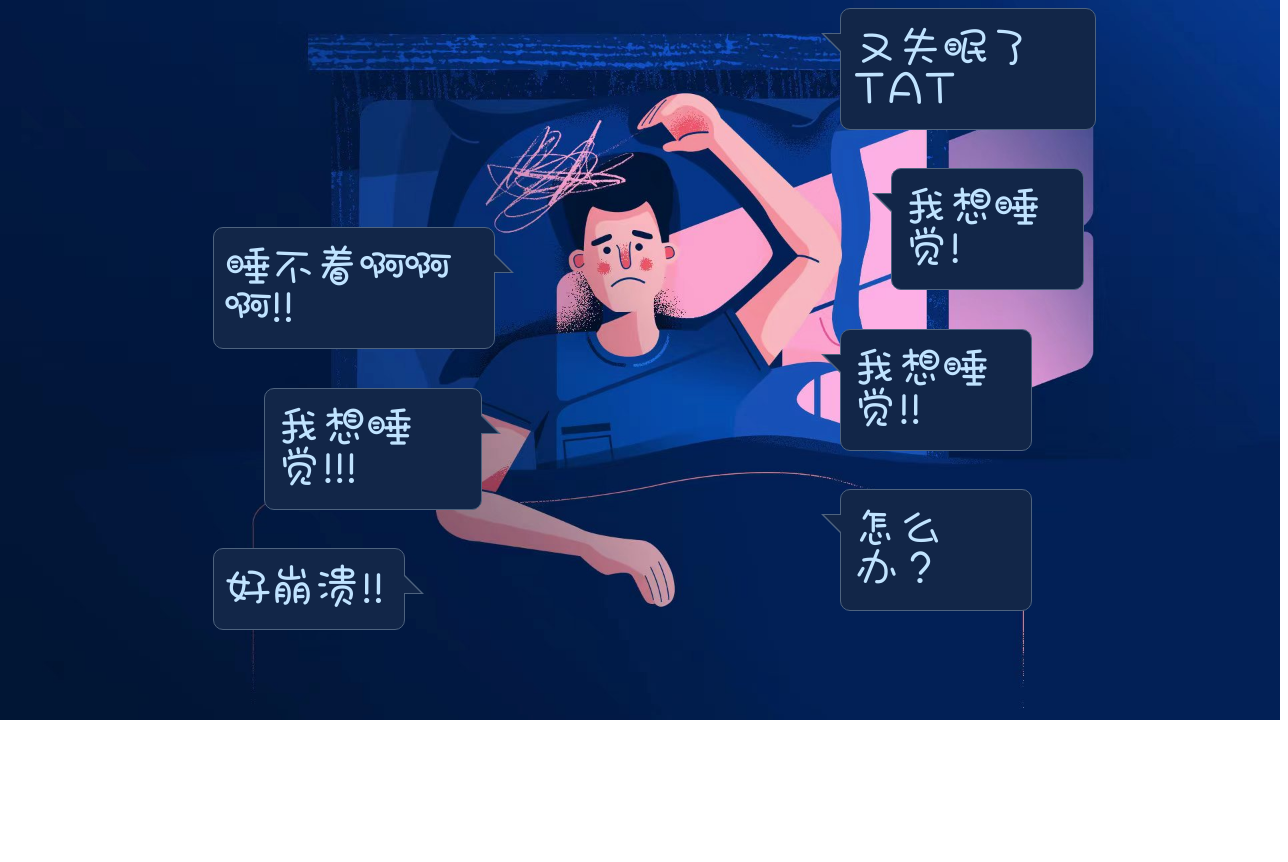
Repository: chjyume/zhongyi
Page: index2.html
The author's editor kept a copy of each file at every save. The page is drawn from the files as they stood at one save, then again after the next save.
The browser window is 1280 px wide. The page is 1288 px wide, so the pictures cover 1288 px, including what lies to the right of the window. The pictures show the whole page.

Above is the page before, as saved 2023-06-27 08:38:16.

### index2.html
<!DOCTYPE html>
<html>
	<head>
        <meta charset="utf-8" />
		<title>小故事引入</title>

        <link href="css\index2.css" rel="stylesheet" type="text/css">
		<link rel="stylesheet" type="text/css" href="family\font.css">
	</head>
	<style>
	body
	{
        background-image:url("img/img2-1.png");
		background-repeat:no-repeat;
        height: 100%;
        width: 100%;
        background-size:cover;
        position:absolute;
        left:0;
        top:0;
	}
	</style>
	<body>
		<div id="man" tabindex="1">
		<div class="bubble1" id="text1"  tabindex="1" style="width: calc(18%)">又失眠了TAT</div>
		<div class="bubble1" id="text2"  tabindex="1" style="width: calc(13%)">我想睡觉!</div>
		<div class="bubble1" id="text4"  tabindex="1" style="width: calc(13%)">我想睡觉!!</div>
		<div class="bubble1" id="text5"  tabindex="1" style="width: calc(13%)">怎么办？</div>
		<div class="bubble2" id="text3" tabindex="1"  style="width: calc(20%)">睡不着啊啊啊!!</div>
		<div class="bubble2" id="text2" tabindex="1"  style="width: calc(15%)">我想睡觉!!!</div>
		<div class="bubble2" id="text4"  tabindex="1" style="width: calc(13%)">好崩溃!!</div>
		</div>
		<div id="AI" tabindex="1">
			<img id="robot" src="img/img2-2.png">
			<div class="bubble3" id="text" tabindex="1" style="width: calc(30%);">我可以帮助你</div>
		</div>
	</body>
</html>

### css/index2.css

.bubble1 {
    position: relative;
    padding: 20px 12px;
    font-family:HYLeMiaoTi;
    font-size: 45px;
    line-height: 40px;
    top: calc(10%);
    left: calc(65%);
    color: #c0e3ff;
    background: #122648;
    border: 1px solid #4e637e;
    border-radius: 10px;
    opacity: 0;
  }

  .bubble1::before,
  .bubble1::after {

    position: absolute;
    left: -20px;
    top:24px;
    display: block;
    font-size: 0;
    line-height: 0;
    border-color: #4e637e #4e637e transparent transparent;
    border-style: solid;
    border-width: 10px;
    content: "";
  }

  .bubble1::after {
    left: -17px;
    top:25px;
    border-color: #122648 #122648 transparent transparent;
  }



  .bubble2 {
    position: relative;
    padding: 20px 12px;
    font-family:HYLeMiaoTi;
    font-size: 45px;
    line-height: 40px;
    top: calc(10%);
    left: calc(16%);
    color: #c0e3ff;
    background: #122648;
    border: 1px solid #4e637e;
    border-radius: 10px;
    opacity: 0;
  }


  .bubble2::before,
  .bubble2::after {

    position: absolute;
    right: -20px;
    top:25px;
    display: block;
    font-size: 0;
    line-height: 0;
    border-color: transparent transparent #4e637e #4e637e;
    border-style: solid;
    border-width: 10px;
    content: "";
  }

  .bubble2::after {
    right: -17px;
    top:24px;
    border-color:transparent transparent #122648 #122648 ;
  }


  #text1{

    animation: bubble 2s linear 0s 1 normal forwards;
  }
  #text2{
    margin-top: calc(3%);
    margin-left: calc(4%);
    animation: bubble 2s linear 1.5s 1 normal forwards;
  }
  #text3{
    margin-top: calc(-30%);
    margin-right: calc(2%);
    animation: bubble 2s linear 1s 1 normal forwards;
  }
  #text4{
    margin-top: calc(3%);
    margin-right: calc(3%);
    animation: bubble 2s linear 2s 1 normal forwards;
  }
  #text5{
    margin-top: calc(3%);
    margin-right: calc(3%);
    animation: bubble 2s linear 2.5s 1 normal forwards;
  }


  @keyframes bubble {
    0% {
      opacity: 0;
  }
  100% {
    opacity: 1;
  }
}

.bubble1:hover{
  cursor:pointer;
}
.bubble2:hover{
  cursor:pointer;
}

#text1:focus{
  animation: rebubble 3s ease-out 0s 1 normal forwards;
}

#text2:focus{
  animation: rebubble 3s ease-out 0s 1 normal forwards;
}

#text3:focus{
  animation: rebubble 3s ease-out 0s 1 normal forwards;
}

#text4:focus{
  animation: rebubble 3s ease-out 0s 1 normal forwards;
}

  #man:has(>#text5:focus){
    animation: man 1s linear 0s 1 normal forwards;
  }

@keyframes rebubble {
  0% {
    opacity: 1;
}
50% {
  opacity: 0;
}
100%{
  opacity: 1;
}
}

@keyframes man {
100% {
  opacity: 0;
  display: none;
}
}

/* AI机器人部分 */
#robot{
  width: 13%;
  position: fixed;
  top: calc(65%);
  left: calc(15%);
  z-index: 1;
  opacity: 0;
}

.bubble3 {
  position: relative;
  padding: 20px 12px;
  font-family:HYLeMiaoTi;
  font-size: 45px;
  line-height: 40px;
  top: 150px;
  left: calc(30%);
  color: #122648;
  background: #c2d9e9;
  border: 1px solid #3fffef;
  border-radius: 10px;
  opacity: 0;
}

.bubble3::before,
.bubble3::after {

  position: absolute;
  left: -20px;
  top:24px;
  display: block;
  font-size: 0;
  line-height: 0;
  border-color: #3fffef #3fffef transparent transparent;
  border-style: solid;
  border-width: 10px;
  content: "";
}

.bubble3::after {
  left: -17px;
  top:25px;
  border-color: #c2d9e9 #c2d9e9 transparent transparent;
}

### family/font.css
@font-face {
    font-family: "HYLeMiaoTi";
    src:url("HYLeMiaoTiJ.ttf");
    font-weight: normal;
    font-style: normal;
}

After the next save:
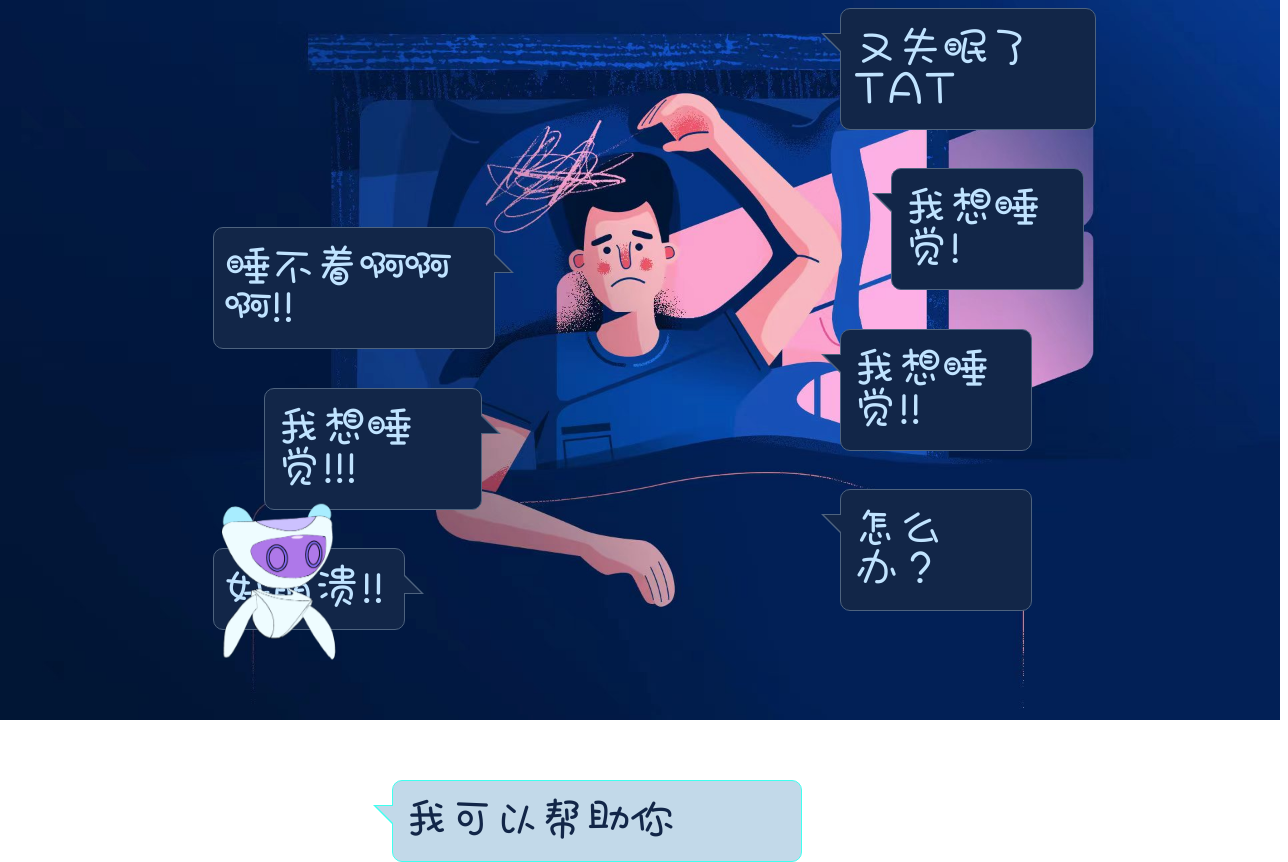
Saved 42 s later.
--- a/css/index2.css
+++ b/css/index2.css
@@ -163,7 +163,7 @@
   top: calc(65%);
   left: calc(15%);
   z-index: 1;
-  opacity: 0;
+
 }
 
 .bubble3 {
@@ -178,7 +178,7 @@
   background: #c2d9e9;
   border: 1px solid #3fffef;
   border-radius: 10px;
-  opacity: 0;
+
 }
 
 .bubble3::before,
